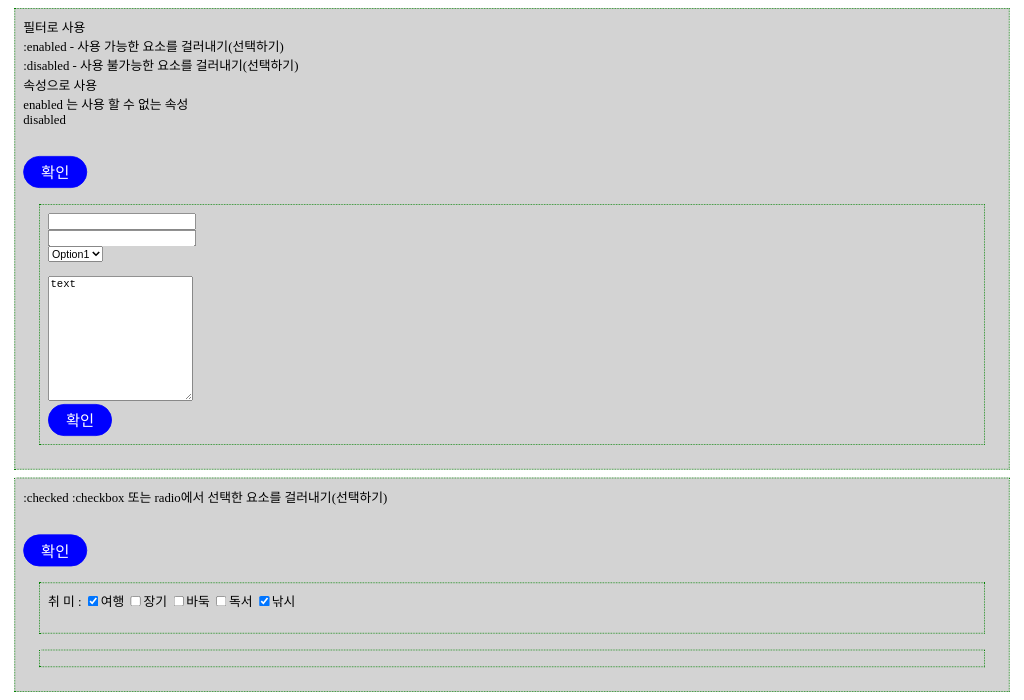
Repository: JJaeHwan/HTML
Page: jquerypro/WebContent/0111/폼상태필터.html
An editor plug-in stored every save of this project. The page is shown before and after the next save, followed by the edit.
The browser window is 1280 px wide. The pictures show the whole page, at 80% of full size.

Above is the page before, as saved 2023-01-12 05:06:52.

After the next save:
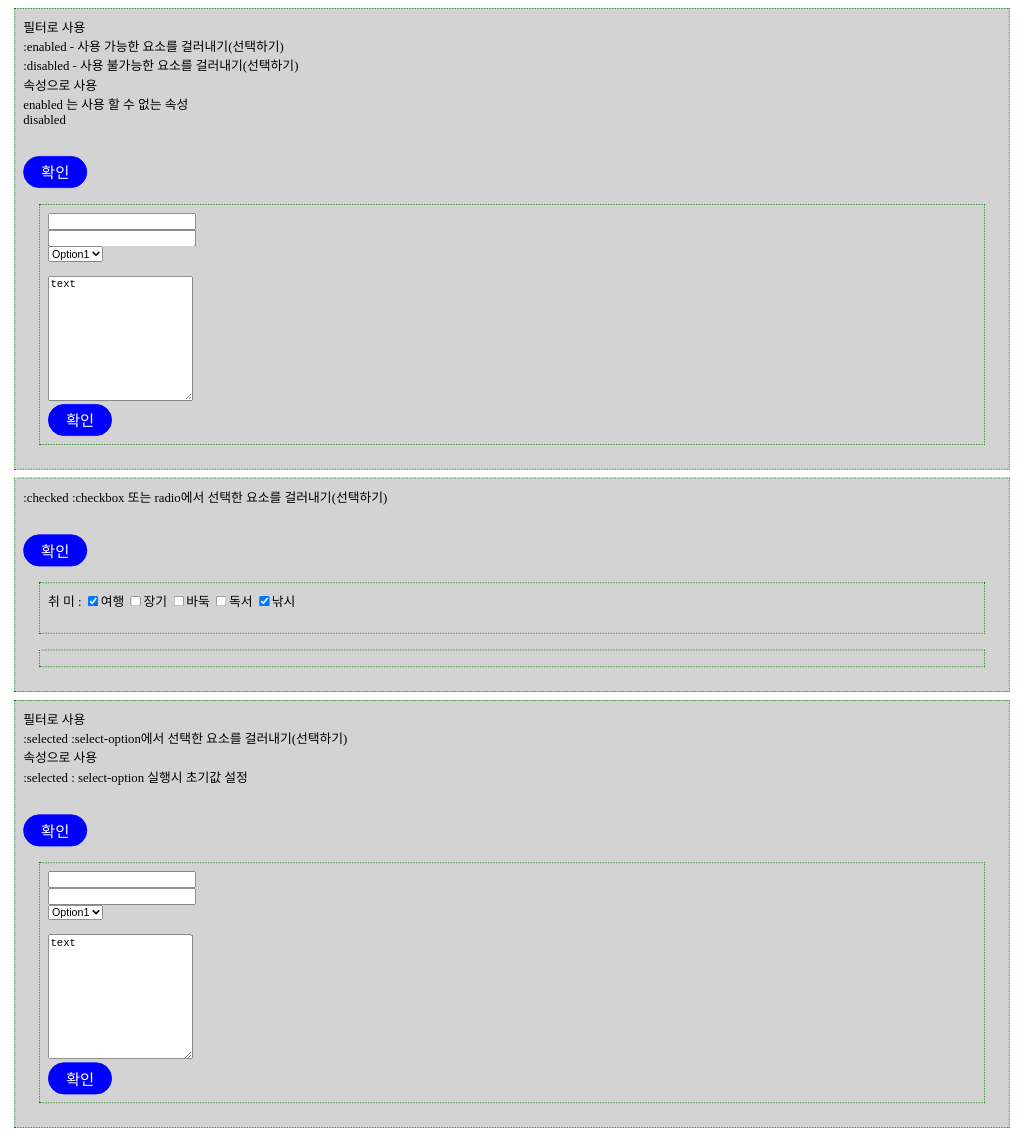
Saved 6 min 16 s later.
--- a/jquerypro/WebContent/0111/폼상태필터.html
+++ b/jquerypro/WebContent/0111/폼상태필터.html
@@ -106,6 +106,39 @@ $(function() {
 
 </div>
 
+<div class="box">
+필터로 사용<br>
+	:selected :select-option에서 선택한 요소를 걸러내기(선택하기)<br>
+
+속성으로 사용<br>
+	:selected : select-option 실행시 초기값 설정 <br>
+	<br><br>
+	<input type="button" value="확인" id="btn1">
+	<br>
+
+	<div id="res1">
+	  <form>
+		<input type="text" name="id" ><br>
+		<input type="password" name="pass"><br>
+
+		<select name="disSelect" >
+		      <option>Option1</option>
+		      <option>Option2</option>
+		      <option>Option3</option>
+		      <option>Option4</option>
+		</select>
+		<br>
+		<br>
+		<textarea name="enTextarea" rows=10 cols=20 >text</textarea> <br>
+
+		<input type="button" value="확인"  onclick="alert('Hello')" > <br>
+
+</form>
+
+
+	</div>
+</div>
+
 
 </body>
 </html>
